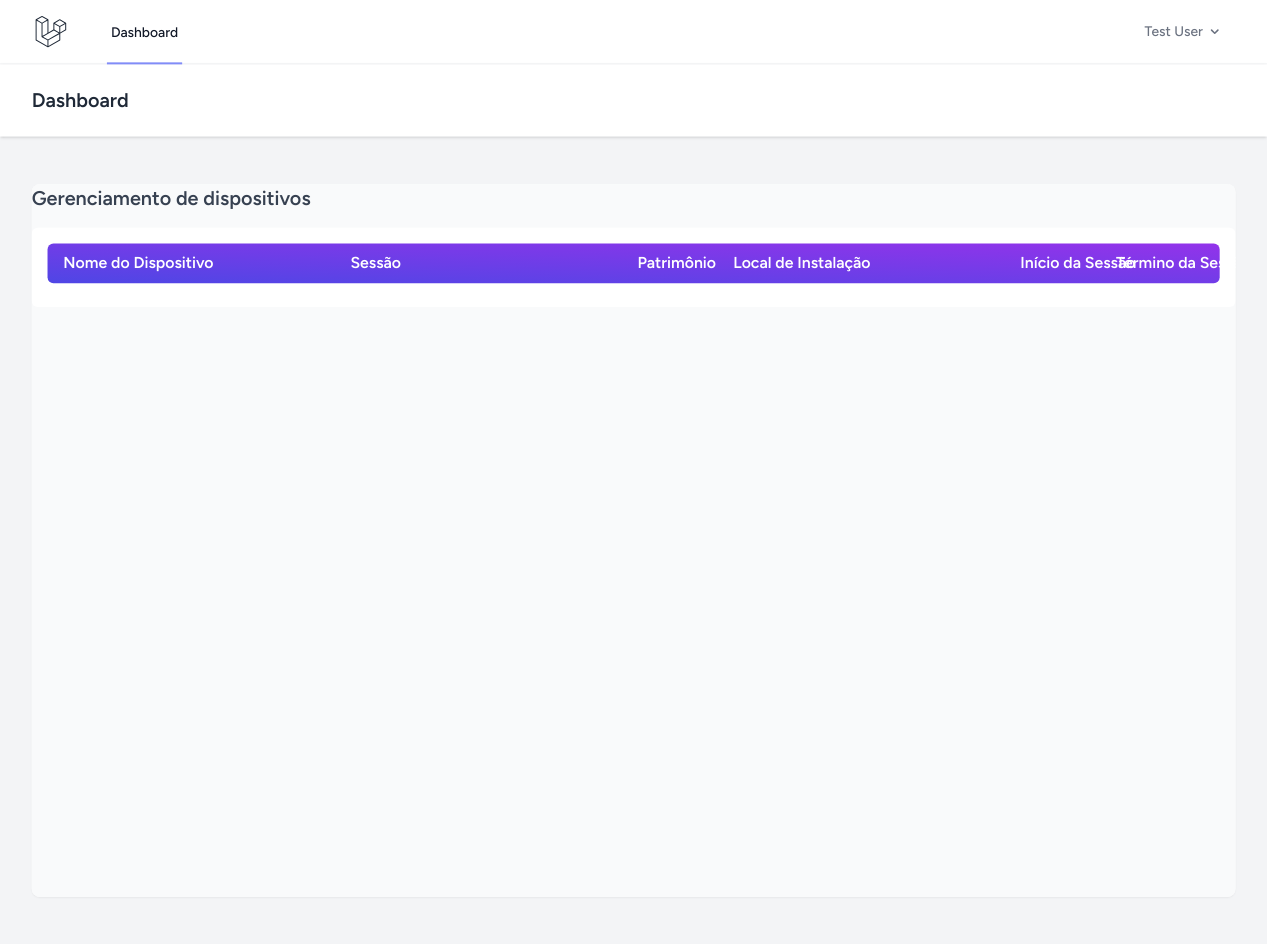
Repository: CrisMorgantee/device-logs
Page: http://localhost/dashboard
The author's editor kept a copy of each file at every save. The page is drawn from the files as they stood at one save, then again after the next save.
The browser window is 1280 px wide. The pictures show the whole page, at 99% of full size.
The page is served by the project's Laravel application, run on PHP 8.4 with Laravel 10. A made-up administrator, Test User (test@example.com), is signed in. Other server files are loaded and not shown. Style sheets and scripts are compiled from the project's sources, by tool versions that may differ from the author's. Queries for data that is not in the repository find no rows.

Above is the page before, as saved 2023-04-14 22:42:53.

### routes/web.php
<?php

use App\Http\Controllers\ProfileController;
use App\Http\Controllers\DeviceLogsController;
use Illuminate\Support\Facades\Route;

/*
|--------------------------------------------------------------------------
| Web Routes
|--------------------------------------------------------------------------
|
| Here is where you can register web routes for your application. These
| routes are loaded by the RouteServiceProvider and all of them will
| be assigned to the "web" middleware group. Make something great!
|
*/

Route::get('/', function () {
    return view('auth.login');
});

Route::get('/dashboard', [DeviceLogsController::class, 'index'])->middleware(['auth', 'verified'])->name('dashboard');

Route::middleware('auth')->group(function () {
    Route::get('/profile', [ProfileController::class, 'edit'])->name('profile.edit');
    Route::patch('/profile', [ProfileController::class, 'update'])->name('profile.update');
    Route::delete('/profile', [ProfileController::class, 'destroy'])->name('profile.destroy');
});

require __DIR__.'/auth.php';

### app/Http/Controllers/DeviceLogsController.php
<?php

namespace App\Http\Controllers;

use App\Models\DeviceLogs;
use Illuminate\Http\Request;

class DeviceLogsController extends Controller
{
    /**
     * Display a listing of the resource.
     */
    public function index()
    {
        $logs = DeviceLogs::all();

        return view('dashboard', ['logs' => $logs]);
    }

    /**
     * Show the form for creating a new resource.
     */
    public function create()
    {
        //
    }

    /**
     * Store a newly created resource in storage.
     */
    public function store(Request $request)
    {
        //
    }

    /**
     * Display the specified resource.
     */
    public function show(DeviceLogs $deviceLogs)
    {
        //
    }

    /**
     * Show the form for editing the specified resource.
     */
    public function edit(DeviceLogs $deviceLogs)
    {
        //
    }

    /**
     * Update the specified resource in storage.
     */
    public function update(Request $request, DeviceLogs $deviceLogs)
    {
        //
    }

    /**
     * Remove the specified resource from storage.
     */
    public function destroy(DeviceLogs $deviceLogs)
    {
        //
    }
}

### app/Models/DeviceLogs.php
<?php

namespace App\Models;

use Illuminate\Database\Eloquent\Factories\HasFactory;
use Illuminate\Database\Eloquent\Model;

class DeviceLogs extends Model
{
    use HasFactory;

    public $fillable = [
        'machine_name',
        'session',
        'patrimony',
        'location'
    ];


    protected $dates = [
      'start_session_at',
      'end_session_at'
  ];

}

### resources/views/dashboard.blade.php
<x-app-layout>
  <x-slot name="header">
    <h2 class="text-xl font-semibold leading-tight text-gray-800">
      {{ __('Dashboard') }}
    </h2>
  </x-slot>

  <div class="py-12">
    <div class="max-w-8xl mx-auto sm:px-6 lg:px-8">
      <div class="overflow-hidden bg-white shadow-sm sm:rounded-lg">
        <div class="min-h-screen bg-gray-50">
          <h2 class="mb-4 text-xl font-bold text-gray-700">Gerenciamento de dispositivos</h2>
          <div class="grid grid-cols-12 gap-2 rounded-md bg-white p-4">

            <div
              class="text-md col-span-12 grid grid-cols-12 gap-2 rounded-md bg-gradient-to-tr from-indigo-600 to-purple-600 py-2 px-4 font-bold text-white">
              <div class="col-span-3">
                <span>Nome do Dispositivo</span>
              </div>
              <div class="col-span-3">
                <span>Sessão</span>
              </div>
              <div class="col-span-1">
                <span>Patrimônio</span>
              </div>
              <div class="col-span-3">
                <span>Local de Instalação</span>
              </div>
              <div class="col-span-1 min-w-max">
                <span>Início da Sessão</span>
              </div>
              <div class="col-span-1 min-w-max">
                <span>Término da Sessão</span>
              </div>
            </div>
            <div>
              @foreach ($logs as $deviceLog)
                <div class="mt-4 flex justify-between space-x-4 border-t text-sm font-normal">
                  <div class="flex px-2">
                    <span>{{ $deviceLog->machine_name }}</span>
                  </div>
                  <div>
                    <span>{{ $deviceLog->session }}</span>
                  </div>
                  <div class="px-2">
                    <span>{{ $deviceLog->patrimony }}</span>
                  </div>
                  <div class="px-2">
                    <span>{{ $deviceLog->location }}</span>
                  </div>
                  <div class="px-2">
                    <span>{{ $deviceLog->start_session_at }}</span>
                  </div>
                  <div class="px-2">
                    <span>{{ $deviceLog->end_session_at }}</span>
                  </div>
                </div>
              @endforeach
            </div>
          </div>
        </div>
      </div>
    </div>

</x-app-layout>

Loaded but not shown: app/Providers/AppServiceProvider.php (common file); routes/auth.php (common file); app/Http/Controllers/Auth/EmailVerificationPromptController.php (common file); app/Http/Controllers/Controller.php (common file); app/Http/Controllers/Auth/VerifyEmailController.php (common file); app/Models/User.php (common file); app/View/Components/AppLayout.php (common file); resources/views/layouts/app.blade.php (common file); resources/views/layouts/navigation.blade.php (common file); resources/views/components/application-logo.blade.php (common file); resources/views/components/nav-link.blade.php (common file); resources/views/components/dropdown-link.blade.php (common file); resources/views/components/dropdown.blade.php (common file); resources/views/components/responsive-nav-link.blade.php (common file); resources/css/app.css (common file); tailwind.config.js (common file); resources/js/app.js (common file); resources/js/bootstrap.js (common file)

After the next save:
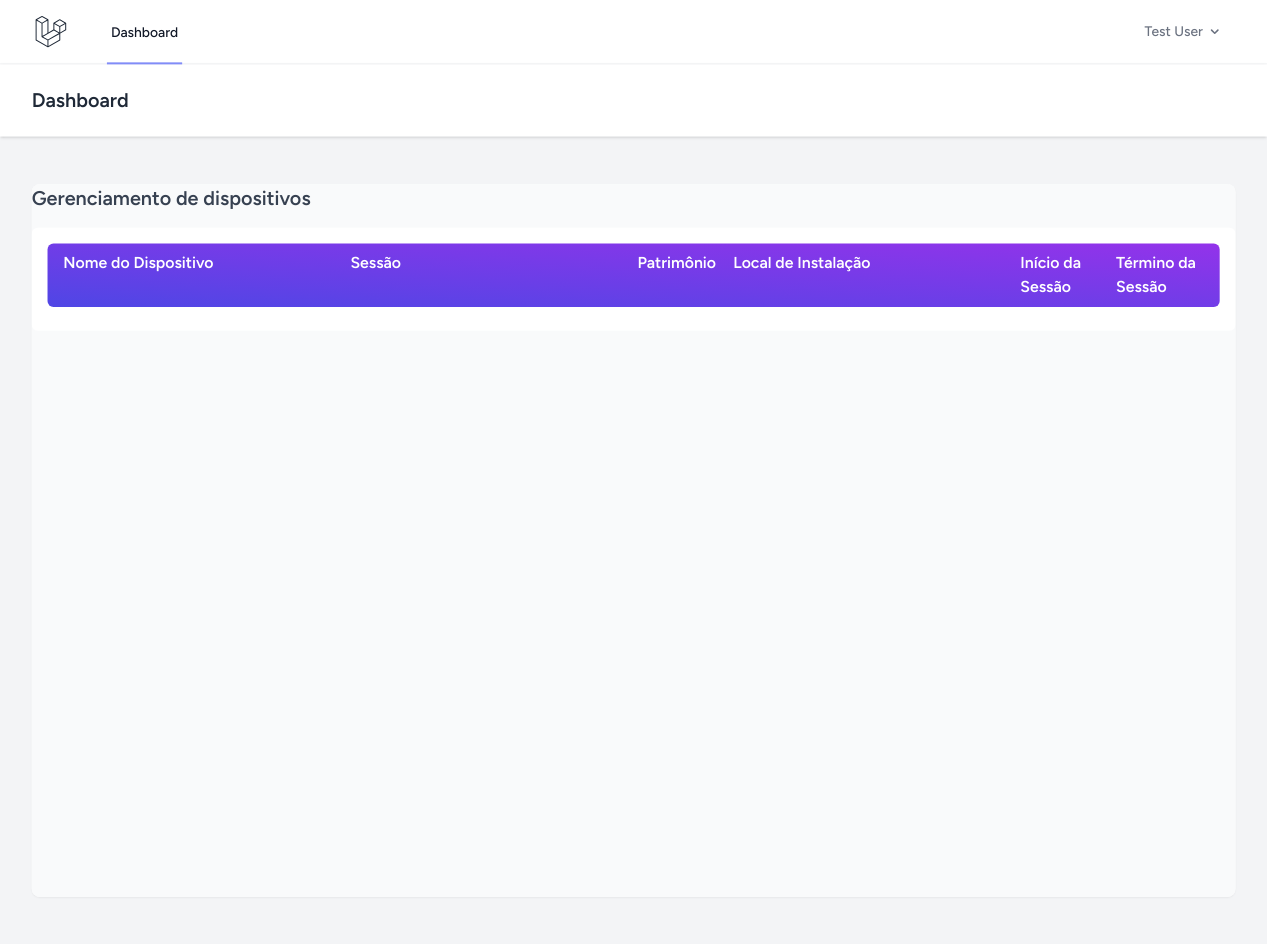
Saved 13 s later.
--- a/resources/views/dashboard.blade.php
+++ b/resources/views/dashboard.blade.php
@@ -26,10 +26,10 @@
               <div class="col-span-3">
                 <span>Local de Instalação</span>
               </div>
-              <div class="col-span-1 min-w-max">
+              <div class="col-span-1">
                 <span>Início da Sessão</span>
               </div>
-              <div class="col-span-1 min-w-max">
+              <div class="col-span-1">
                 <span>Término da Sessão</span>
               </div>
             </div>
